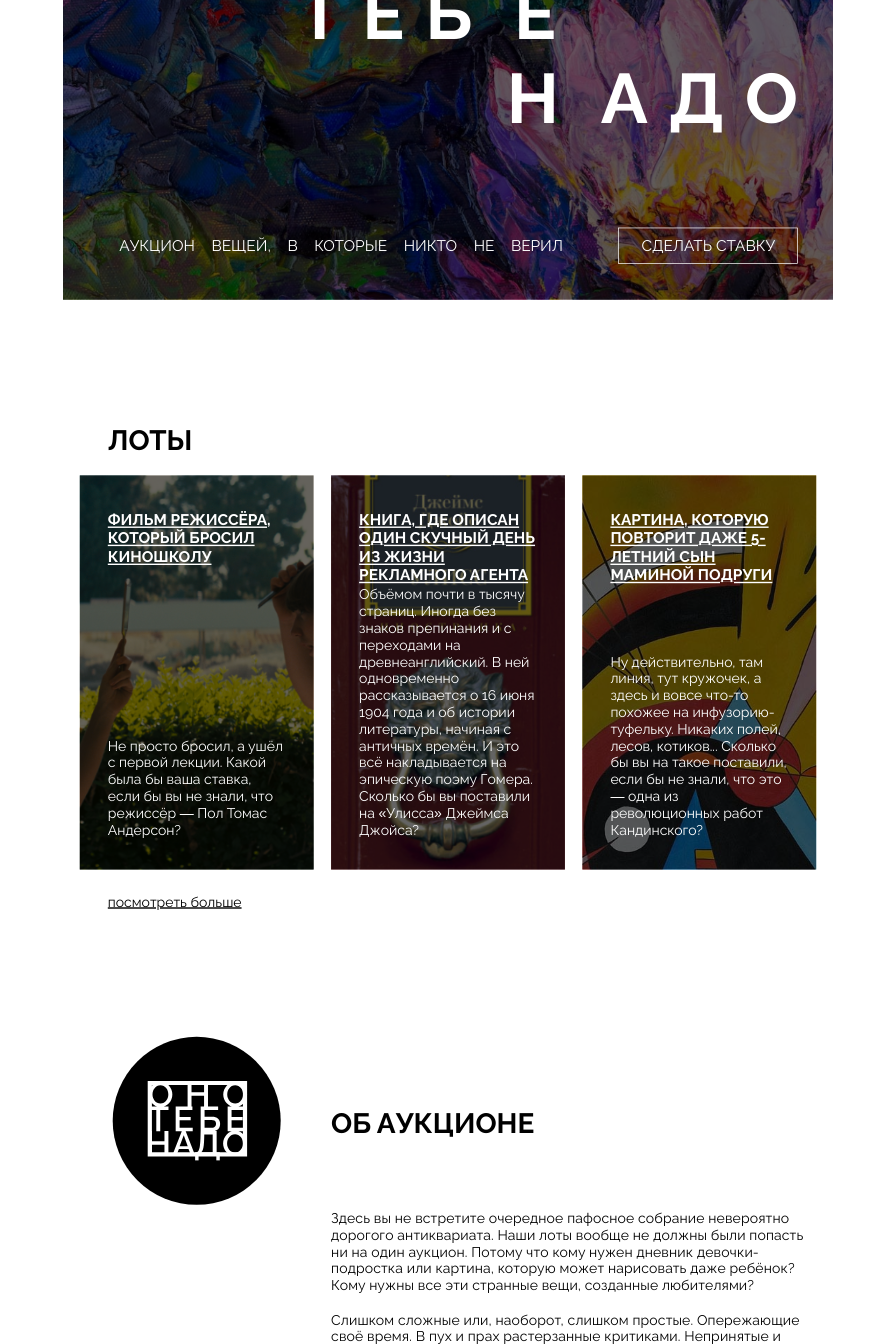
Repository: Smoyki/ono-tebe-nado
Page: index.html
An editor plug-in stored every save of this project. The page is shown before and after the next save, followed by the edit.
The browser window is 1280 px wide. The pictures show the part of the page from y = 623 to 2543 px (the page is 3028 px tall), at 70% of full size.

Above is the page before, as saved 2024-04-22 13:18:44.

After the next save:
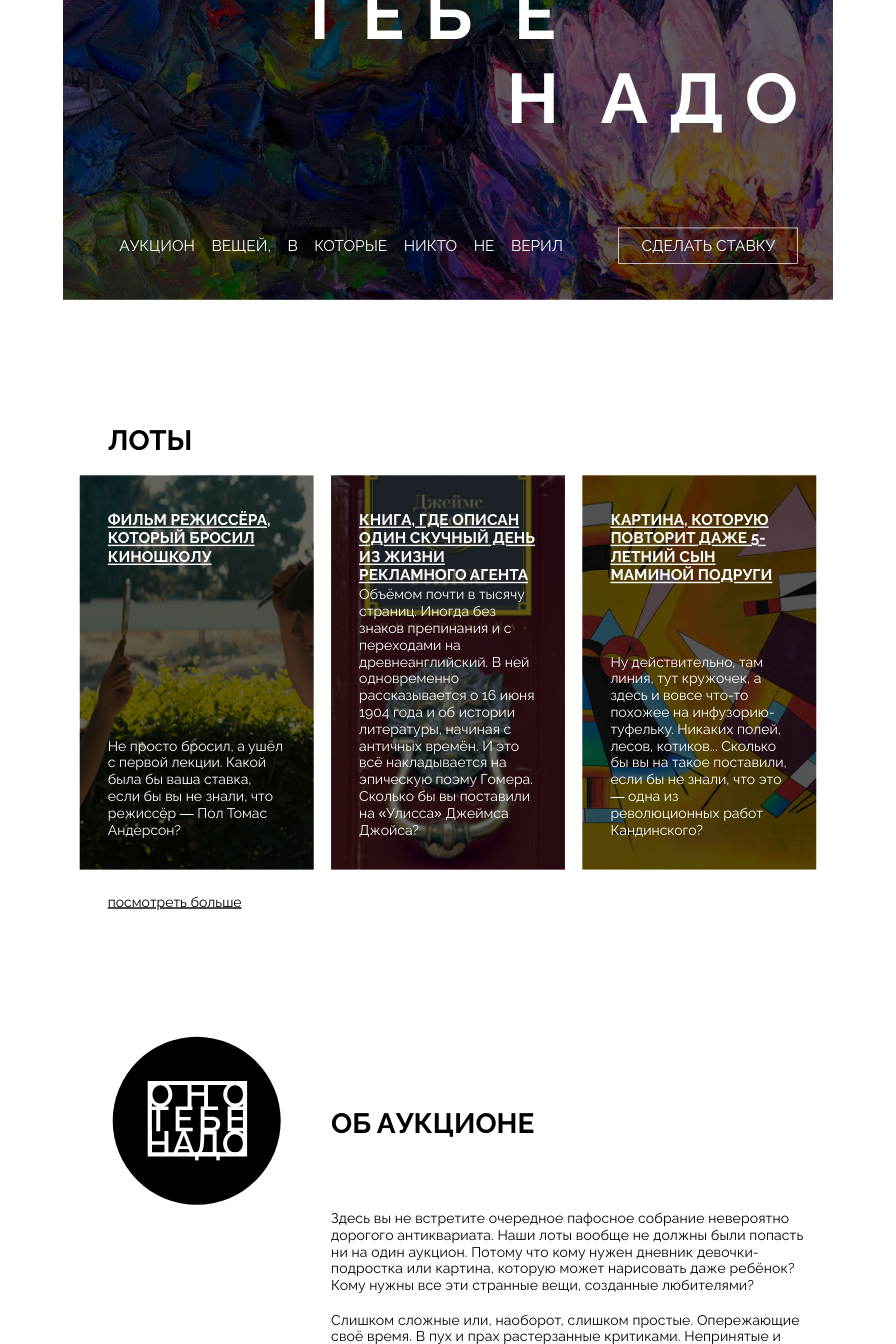
Saved 6 s later.
--- a/styles/style.css
+++ b/styles/style.css
@@ -228,7 +228,7 @@
 
 .card_type_film,
 .card_type_book,
-.third-img,
+.card_type_picture,
 .cover {
   background-size: cover;
   background-position: top;
